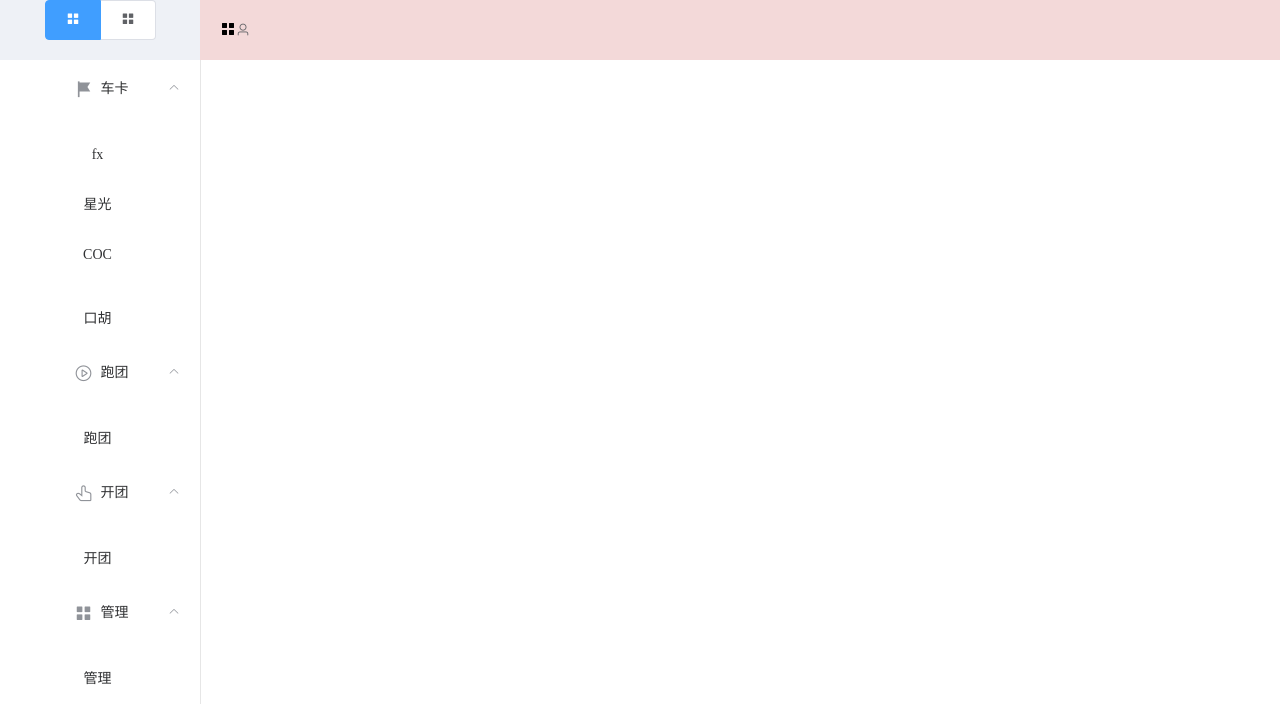
Repository: redlout/ptgkd
Page: /
An editor plug-in stored every save of this project. The page is shown before and after the next save, followed by the edit.
The browser window is 1280 px wide. The pictures show the whole page.
The project was rebuilt for these pictures with package versions that can differ from the ones it lists, and the page was loaded fresh each time. Also part of the build but not shown: src/mock/mock.js, src/views/Login.vue, src/components/SvgIcon/index.vue.

Above is the page before, as saved 2019-09-02 16:43:24.

After the next save:
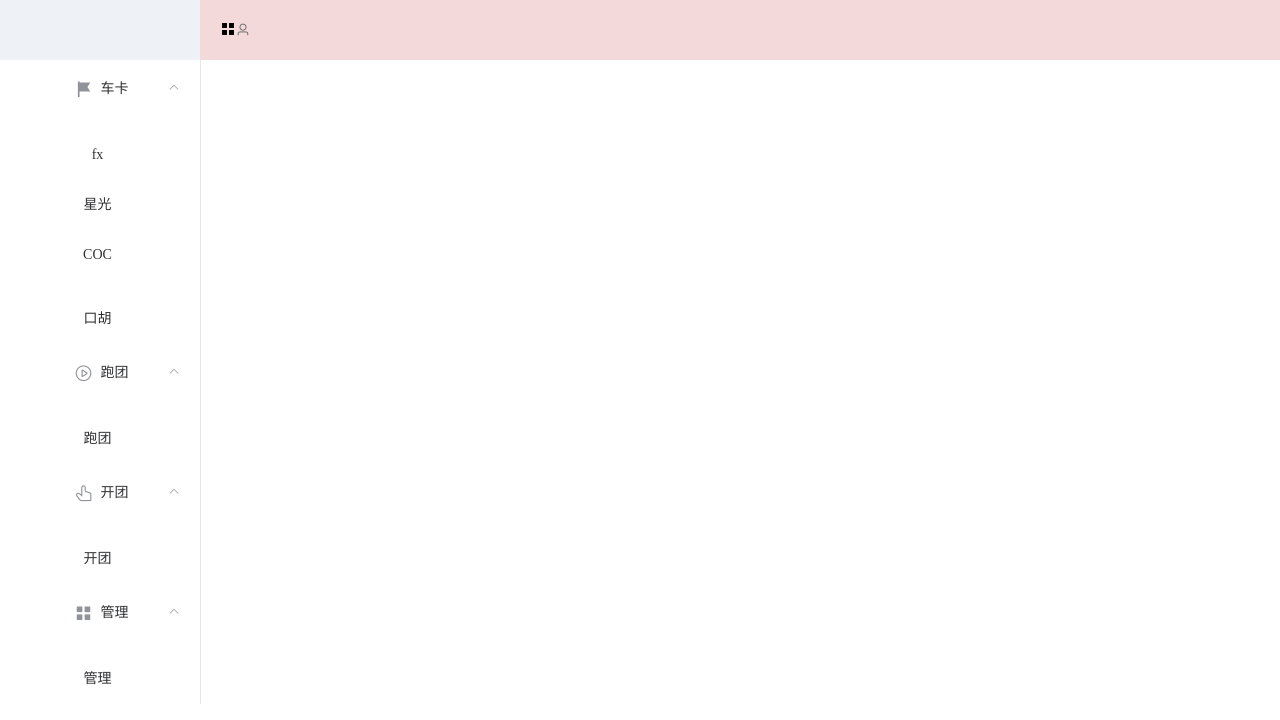
Saved 31 s later.
--- a/src/components/AsideBar/index.vue
+++ b/src/components/AsideBar/index.vue
@@ -1,8 +1,8 @@
 <template>
   <el-aside width="initial" style="background-color: rgb(238, 241, 246) ">
           <el-radio-group v-model="isCollapse" style="margin-bottom:20px;">
-        <el-radio-button :label="false"><i class="el-icon-menu"></i></el-radio-button>
-        <el-radio-button :label="true"><i class="el-icon-menu"></i></el-radio-button>
+        <el-radio-button :class="collapse?'menu-bar-collapse-width':'menu-bar-width'"><i class="el-icon-menu"></i></el-radio-button>
+        <el-radio-button :class="collapse?'menu-bar-collapse-width':'menu-bar-width'"><i class="el-icon-menu"></i></el-radio-button>
       </el-radio-group>
     <el-menu
       :default-openeds="['1','2','3','4']"
